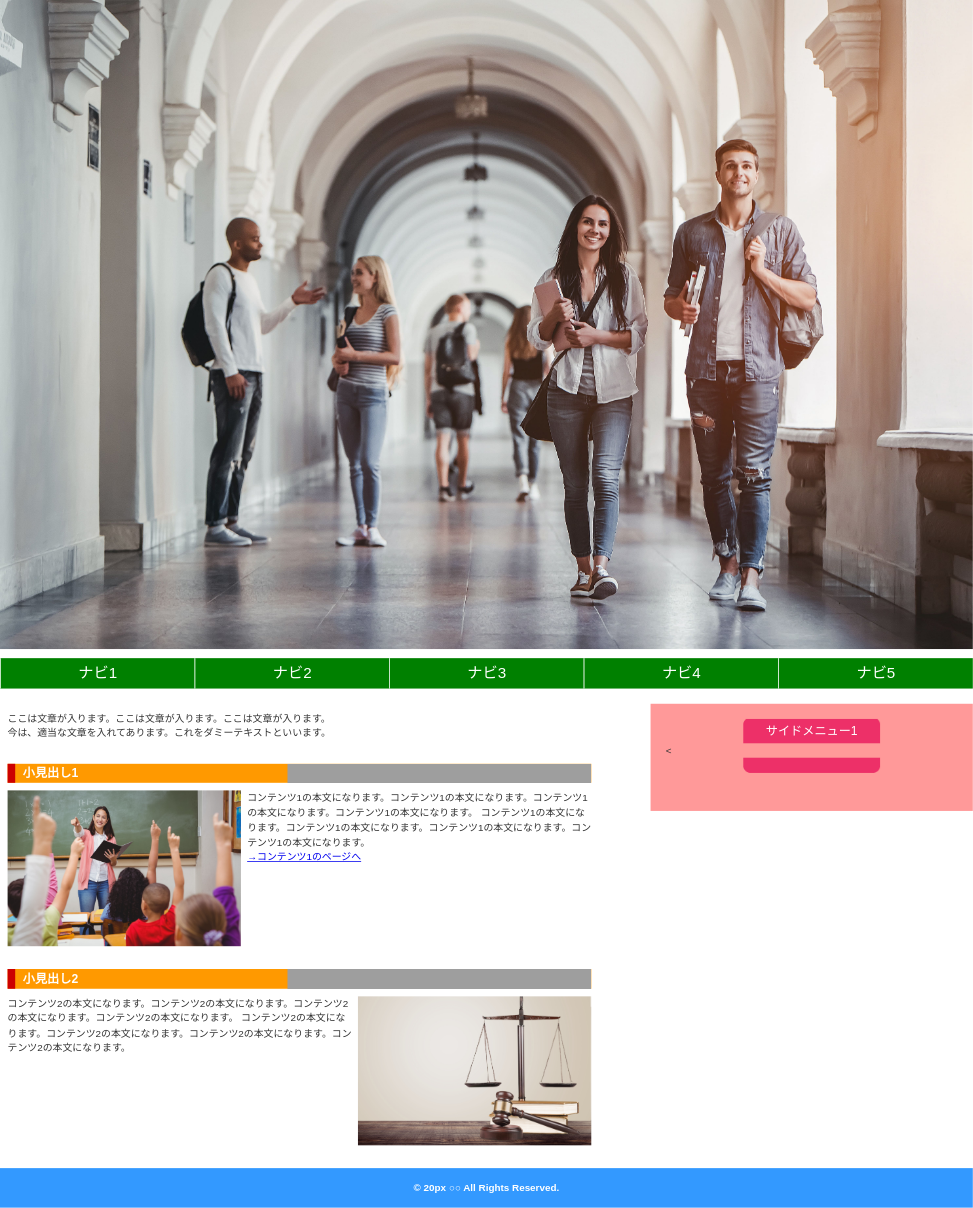
Repository: otanaoyuki/samurai_HTML-CSS
Page: home.html
The author's editor kept a record of every edit. The page is drawn from the files as they stood at one moment, then again after the next edit.
The browser window is 1280 px wide. The pictures show the whole page, at 76% of full size.
Pictures or frames that could not be fetched are drawn as grey boxes.

Above is the page before.

After the next edit:
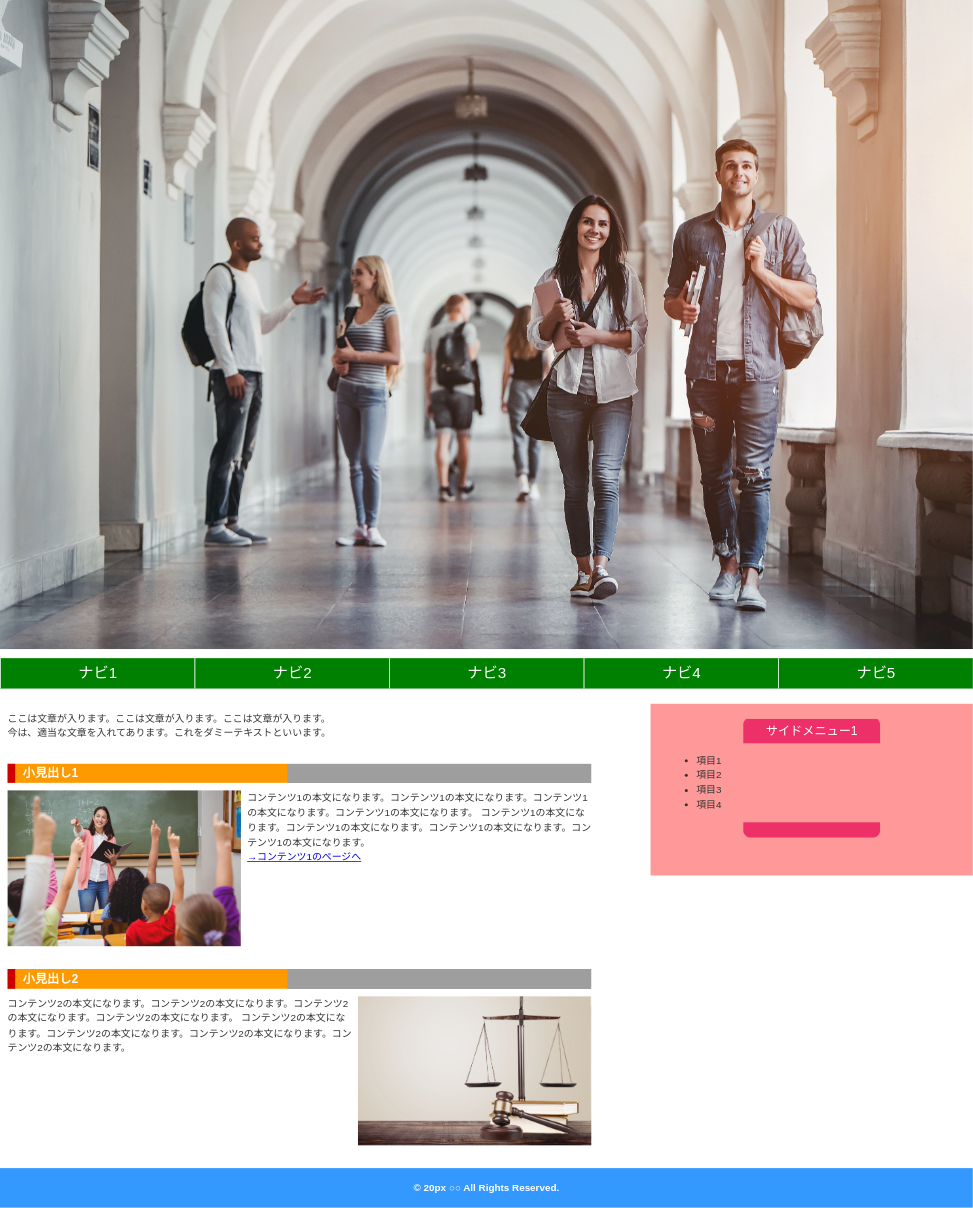
The edit:
--- a/home.html
+++ b/home.html
@@ -45,7 +45,14 @@
                 <div id="side">
                     <div class="box">
                         <h2>サイドメニュー1</h2>
-                        <
+                        <div class ="boxbody">
+                            <ul>
+                                <li>項目1</li>
+                                <li>項目2</li>
+                                <li>項目3</li>
+                                <li>項目4</li>
+                            </ul>
+                        </div>
                     </div>
                 </div>
             </div>
